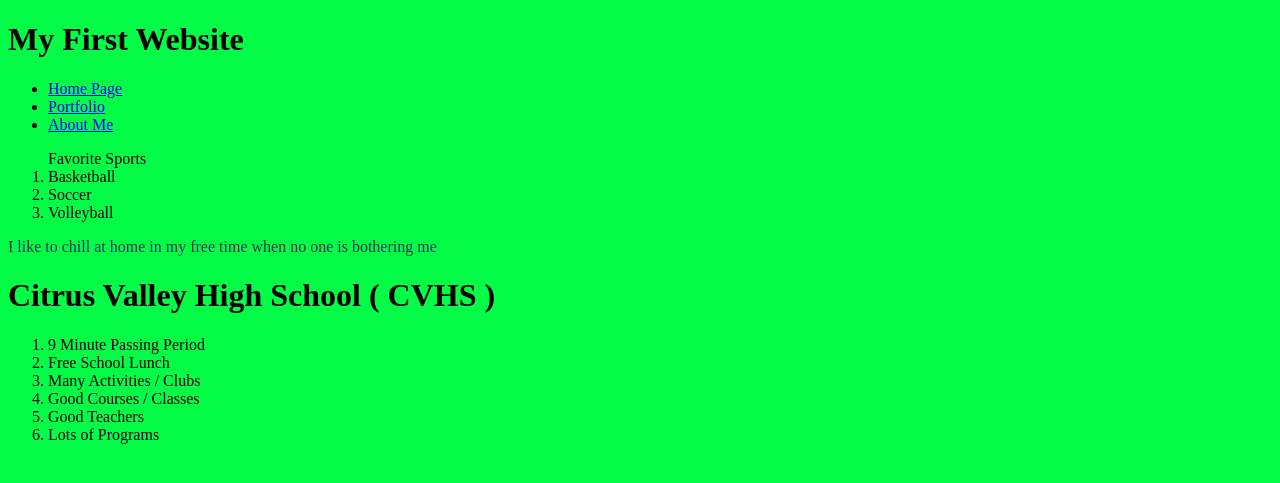
Repository: NawrasKassar/NawrasKassar.github.io
Page: index.html
The author's editor kept a record of every edit. The page is drawn from the files as they stood at one moment, then again after the next edit.
The browser window is 1280 px wide. The pictures show the whole page.

Above is the page before.

After the next edit:
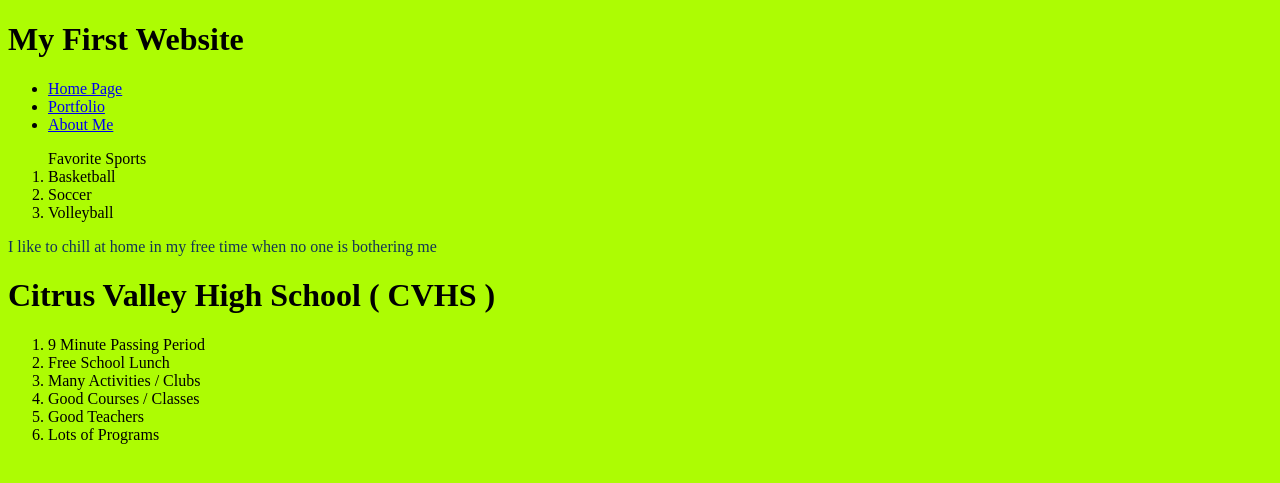
The edit:
--- a/styles/style.css
+++ b/styles/style.css
@@ -1,5 +1,5 @@
 body {
-    background-color: #03fc45;
+    background-color: #adfc03;
 
 
 
